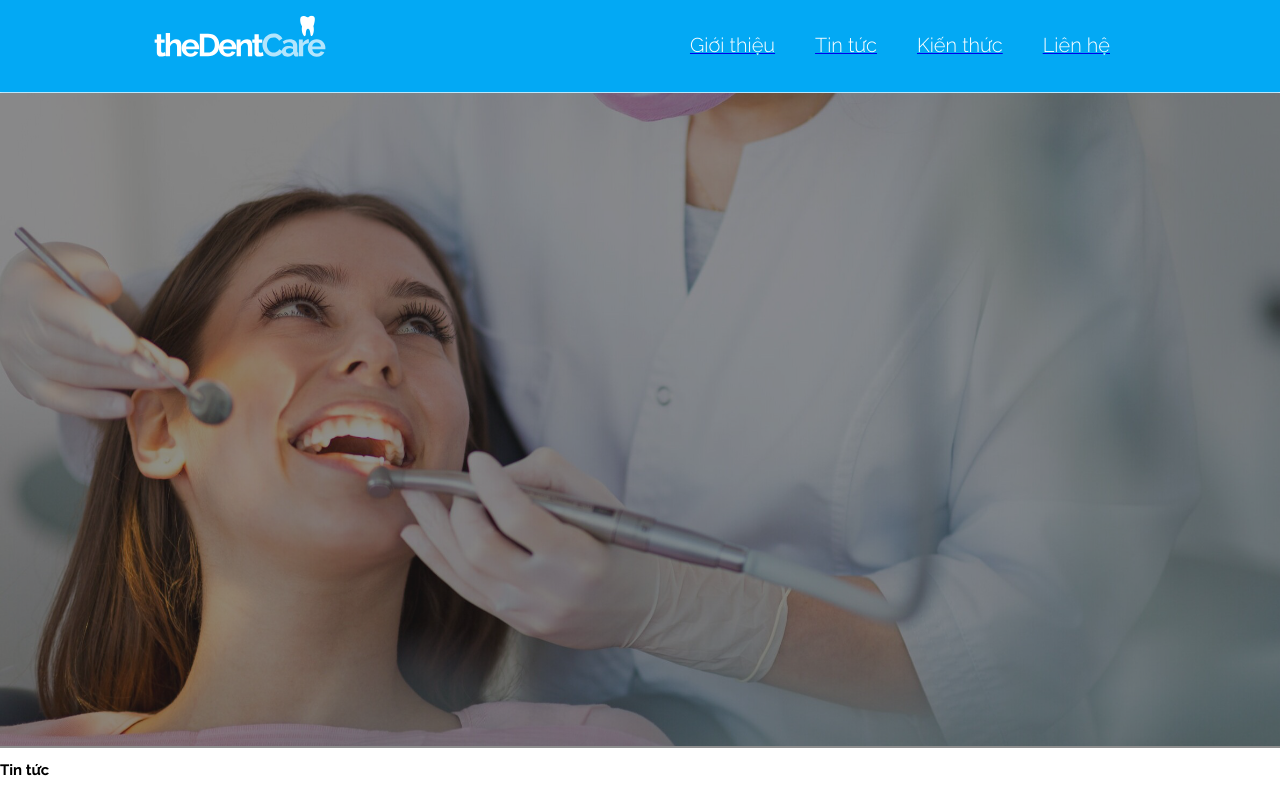
Repository: vantoan19/theDentCare
Page: /news (app in theDentalCare/the-dental-care/)
These files come from the project's save history. The page is drawn as it stood at one moment and after the next save; the edit follows.
The browser window is 1280 px wide. The pictures show the whole page.
The project was rebuilt for these pictures with package versions that can differ from the ones it lists, and the page was loaded fresh each time. The framework's server and built-in components were replaced by stand-ins that run in the browser.

Above is the page before, as saved 2022-09-23 21:05:58.

After the next save:
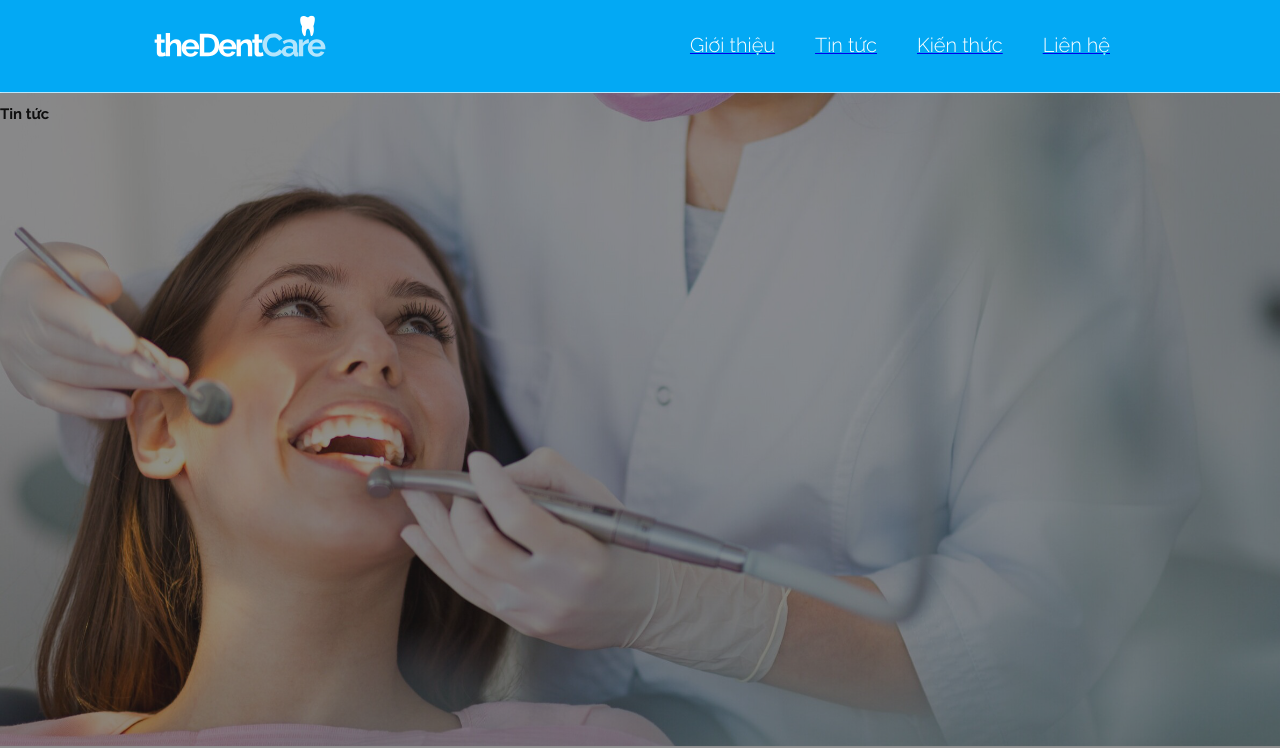
Saved 16 s later.
--- a/theDentalCare/the-dental-care/pages/news/index.js
+++ b/theDentalCare/the-dental-care/pages/news/index.js
@@ -9,6 +9,8 @@ const NewsColumn = styled.div``;
 
 const NewsContainer = styled.div`
   position: absolute;
+  top: 0;
+  left: 0;
 `;
 
 const PageContainer = styled.div`
